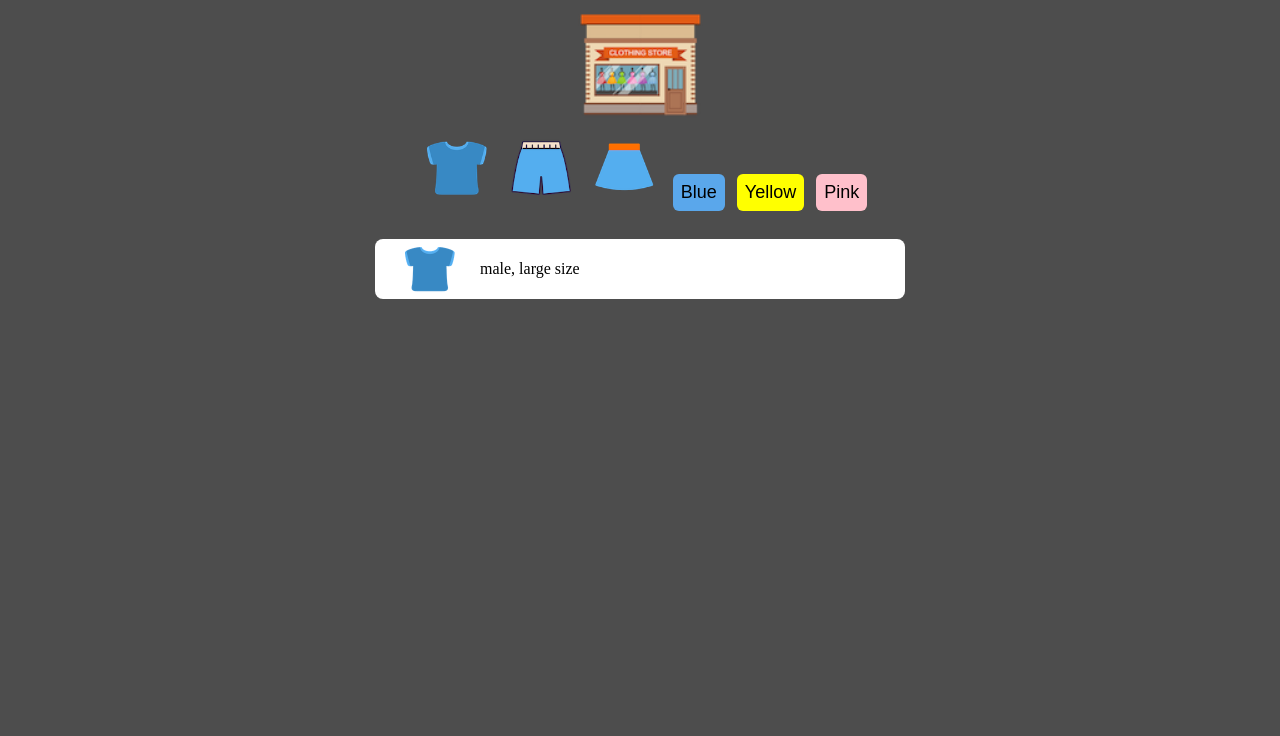
Repository: keehoonjung/Shoppingmall-Game
Page: index.html
An editor plug-in stored every save of this project. The page is shown before and after the next save, followed by the edit.
The browser window is 1280 px wide. The pictures show the whole page.

Above is the page before, as saved 2021-08-12 19:31:18.
Console error: TypeError: Cannot read properties of null (reading 'addEventListener')

### index.html
<!DOCTYPE html>
<html lang="en">
<head>
    <meta charset="UTF-8">
    <meta http-equiv="X-UA-Compatible" content="IE=edge">
    <meta name="viewport" content="width=device-width, initial-scale=1.0">
    <title>Shoppingamll Game</title>
    <link rel="stylesheet" href="style.css">
    <script src="main.js" defer></script>
</head>
<body>
    <header class="header">
        <img src="./imgs/logo.png" alt="header" class="header__logo">
    </header>
    <section class="buttons">
        <button class="button type">
            <img src="./imgs/blue_t.png" alt="shirt" class="button__img">
        </button>
        <button class="button type">
            <img src="./imgs/blue_p.png" alt="pants" class="button__img">
        </button>
        <button class="button type">
            <img src="./imgs/blue_s.png" alt="" class="button__img">
        </button>
        <button class="button color blue">
            Blue
        </button>
        <button class="button color yellow">
            Yellow
        </button>
        <button class="button color pink">
            Pink
        </button>
    </section>
    <ul class="items">
        <li class="item" data-type="shirt" data-color="blue">
            <img src="./imgs/blue_t.png" alt="blueshirt" class="item__thumbnail">
            <span class="item__description">male, large size</span>
        </li>
    </ul>
</body>
</html>

### style.css
:root {
  /* color */
  --color-white: #ffffff;
  --color-dark-grey: #4d4d4d;
  --color-blue: #73aace;
  --color-orange: #feb546;
  --color-pink: #fd7bcc;

  /* size */
  --button-img-size: 60px;

  /* fontsize */
  --font-size: 18px;

  /* animatione */
  --animation-duration: 300ms;

  /* basic space */
  --basic-space: 8px;

  /* border */
  --border-size: 6px;
}

body {
  background-color: var(--color-dark-grey);
  display: flex;
  flex-direction: column;
  justify-content: center;
  text-align: center;
  height: 100vh;
}

.buttons {
}

.button {
  outline: none;
  border: none;
  background-color: transparent;
  margin-left: var(--basic-space);
  border-radius: var(--border-size);
  cursor: pointer;
  transition: transform var(--animation-duration) ease-in;
}

.button:hover {
  transform: scale(1.1);
}

.button__img {
  width: var(--button-img-size);
}

.color {
  font-size: var(--font-size);
  padding: var(--basic-space);
}

.header__logo {
  width: 125px;
  cursor: pointer;
  transition: transform 300ms ease-in;
}

.header__logo:hover {
  transform: scale(1.1);
}

.filter {
  display: flex;
  justify-content: center;
  margin: 0;
  padding: 0;
  padding-left: 60px;
}

.filter__btn {
  padding-right: 24px;
}

.filter__btn img {
  height: 50px;
  cursor: pointer;
  transition: transform 300ms ease-in;
}

.filter__btn img:hover {
  transform: scale(1.1);
}

.blue {
  background-color: rgb(90, 167, 235);
}

.yellow {
  background-color: yellow;
}

.pink {
  background-color: pink;
}

.items {
  padding: 0;
  overflow-y: auto;
  height: 500px;
}

.item {
  background-color: white;
  margin-bottom: 12px;
  width: 500px;
  height: 60px;
  margin: 12px auto;
  border-radius: 8px;
  display: flex;
  align-items: center;
  padding-left: 30px;
}

.item.visible {
  display: flex;
}

.item img {
  height: 50px;
}

.item span {
  margin-left: 25px;
}

### main.js
"use strict";

const navi = document.querySelector(".filter");
const itemList = document.querySelector(".items");
const allItem = Array.from(document.querySelectorAll(".item"));
const headerLogo = document.querySelector(".header__logo");

headerLogo.addEventListener("click", () => {
  createAll();
});

navi.addEventListener("click", (evnet) => {
  const tag = event.target.tagName;
  const targetName = event.target.classList.value;
  if (tag == "IMG") {
    const items = allItem.filter((item) => item.dataset.type == targetName);
    deleteAll();
    items.forEach((item) => {
      item.classList.add("visible");
    });
  } else if (tag == "BUTTON") {
    const items = allItem.filter((item) => item.dataset.color == targetName);
    deleteAll();
    items.forEach((item) => {
      item.classList.add("visible");
    });
  }
});

function deleteAll() {
  allItem.forEach((item) => {
    item.classList.remove("visible");
  });
}

function createAll() {
  allItem.forEach((item) => {
    item.classList.add("visible");
  });
}

After the next save:
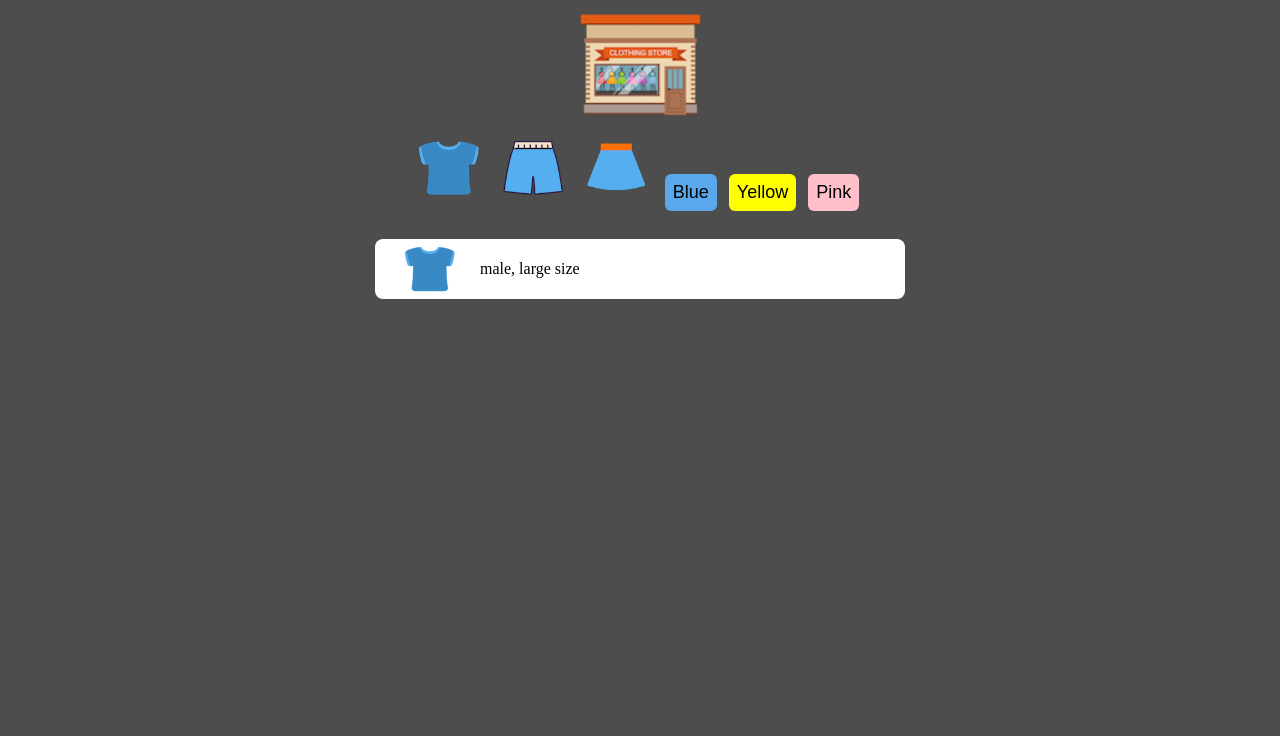
Saved 13 s later.
--- a/style.css
+++ b/style.css
@@ -38,7 +38,7 @@ body {
   outline: none;
   border: none;
   background-color: transparent;
-  margin-left: var(--basic-space);
+  margin-right: var(--basic-space);
   border-radius: var(--border-size);
   cursor: pointer;
   transition: transform var(--animation-duration) ease-in;
